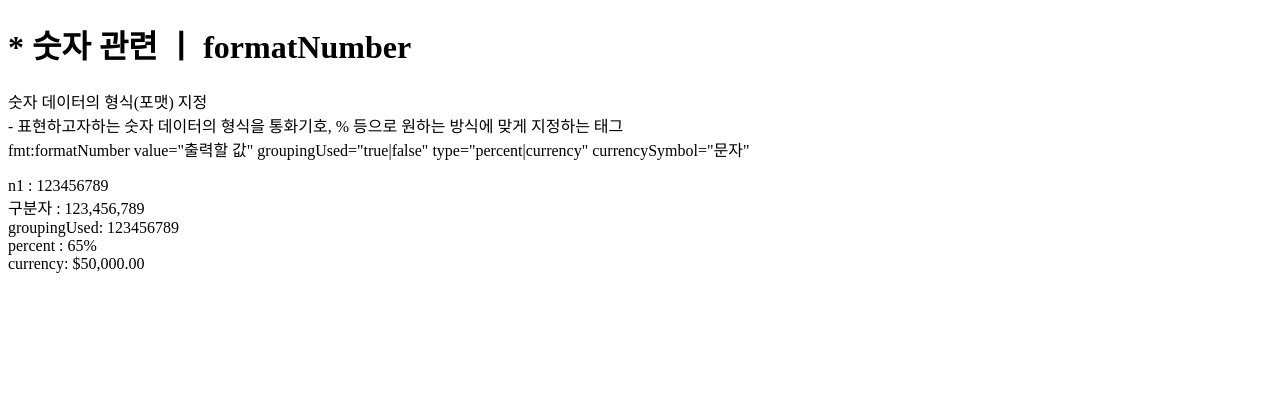
Repository: yoonseo0832/workspace
Page: http://localhost/2_jsp/views/4_CustomAction/3_fmt.jsp
The author's editor kept a copy of each file at every save. The page is drawn from the files as they stood at one save, then again after the next save.
The browser window is 1280 px wide. The pictures show the whole page.
The page is served by Tomcat 9. Other server files are loaded and not shown.

Above is the page before, as saved 2025-03-21 06:48:55.

### 05_server/2_jsp/src/main/webapp/views/4_CustomAction/3_fmt.jsp
<%@ page language="java" contentType="text/html; charset=UTF-8"
    pageEncoding="UTF-8"%>
<%@ taglib prefix="c" uri="http://java.sun.com/jsp/jstl/core" %>
<%@ taglib prefix="fmt" uri="http://java.sun.com/jsp/jstl/fmt" %>
<!DOCTYPE html>
<html>
<head>
<meta charset="UTF-8">
<title>JSTL - Format Library</title>
</head>
<body>
	<h1>* 숫자 관련 ㅣ formatNumber</h1>
	<p>
		숫자 데이터의 형식(포맷) 지정<br>
		- 표현하고자하는 숫자 데이터의 형식을 통화기호, % 등으로 원하는 방식에 맞게 지정하는 태그
		<br>
		fmt:formatNumber value="출력할 값"
					groupingUsed="true|false"
					type="percent|currency" currencySymbol="문자"
	</p>

	<c:set var="n1" value="123456789" />
	<c:set var="n2" value="0.65" />
	<c:set var="n3" value="50000" />

	n1 : ${ n1 }
	<br>
	구분자 : <fmt:formatNumber value="${n1 }" />
	<br>
	groupingUsed: <fmt:formatNumber value="${n1 }" groupingUsed="false"/>
	<br>
	percent : <fmt:formatNumber value="${n2 }" type="percent"/>
	<br>
	currency: <fmt:formatNumber value="${n3 }" type="currency" currencySymbol="$"/>
</body>
</html>

After the next save:
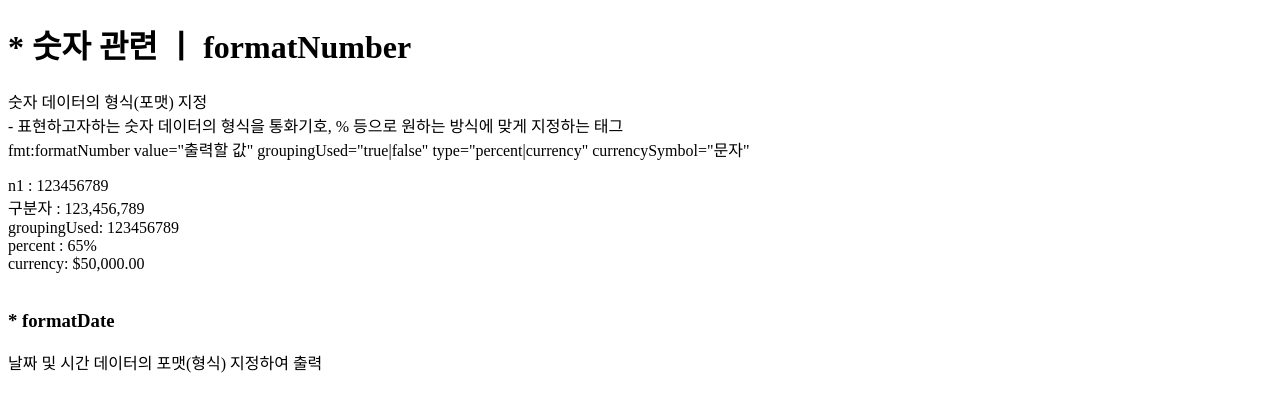
Saved 54 s later.
--- a/05_server/2_jsp/src/main/webapp/views/4_CustomAction/3_fmt.jsp
+++ b/05_server/2_jsp/src/main/webapp/views/4_CustomAction/3_fmt.jsp
@@ -32,5 +32,17 @@
 	percent : <fmt:formatNumber value="${n2 }" type="percent"/>
 	<br>
 	currency: <fmt:formatNumber value="${n3 }" type="currency" currencySymbol="$"/>
+	<br><br>
+
+	<h3>* formatDate</h3>
+	<p>
+		날짜 및 시간 데이터의 포맷(형식) 지정하여 출력
+	</p>
+
+
+
+
+
+
 </body>
 </html>
